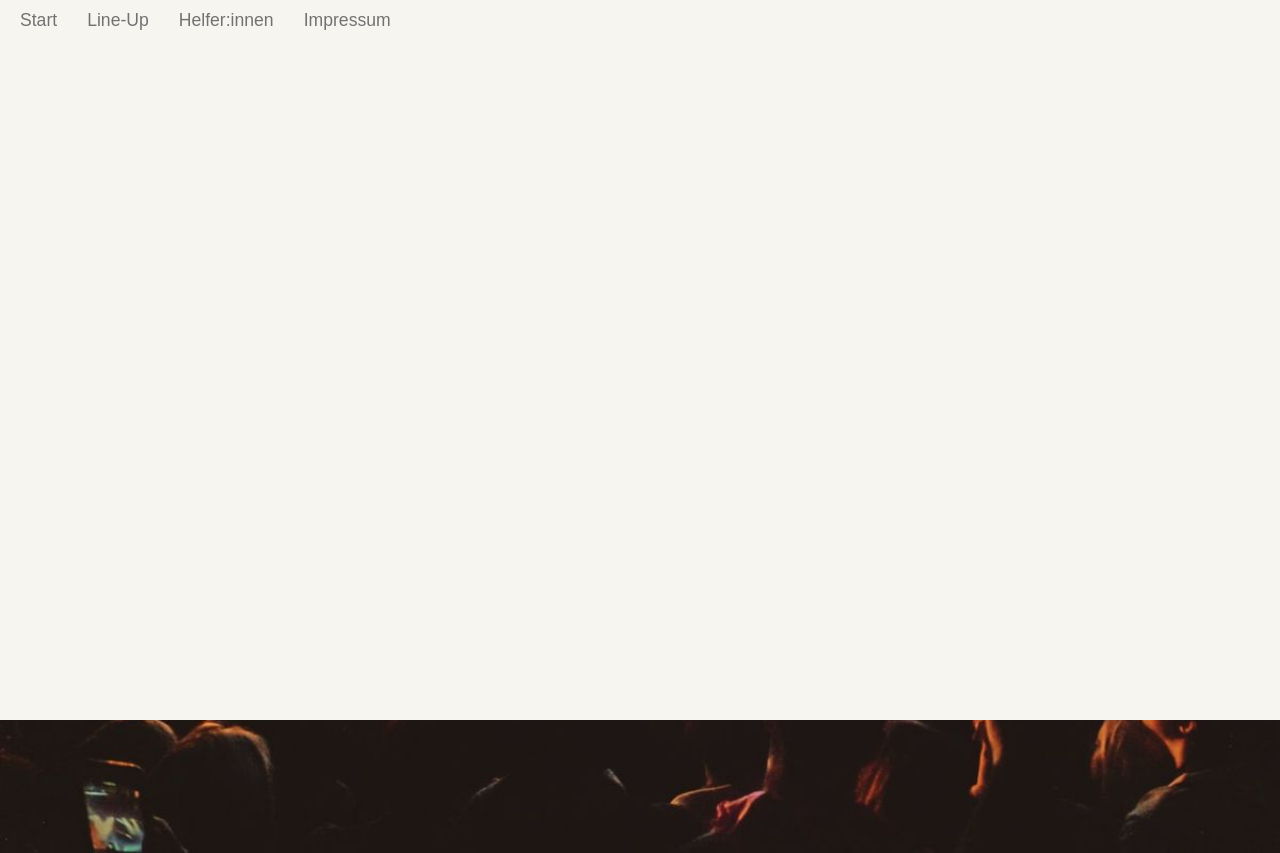
Repository: Hajimohammadi-KI/Web-Technologien
Page: index.html
These files come from the project's save history. The page is drawn as it stood at one moment and after a run of saves; the edit follows.
The browser window is 1280 px wide. The pictures show the whole page.

Above is the page before, as saved 2025-09-30 13:51:00.

### index.html
<!DOCTYPE html>
<html lang="en">
<head>
    <meta charset="UTF-8">
    <meta name="viewport" content="width=device-width, initial-scale=1.0">
    <link rel="stylesheet" href="Style.css">
    <title>Document</title>
</head>
<body>
     <nav>
    <a href="#">Start</a>
    <a href="#">Line-Up</a>
    <a href="#">Helfer:innen</a>
    <a href="#">Impressum</a>
</nav>
    <!-- The alt attribute is used to provide alternative text for the image if it fails to load or if the user visits the page via a screen reader. -->
    <img src="img/spotify-livestreaming-virtual-concerts-feat.jpeg"
        alt="Musicians performing on a brightly lit stage with colorful spotlights
        and smoke effects while a large enthusiastic audience watches and records
        the event with their phones in a dark concert hall filled with energy and
         excitement" class="responsive-img">


</body>
</html>

### Style.css
/*
    Styles for responsive images.
    The .responsive-img class is intended to make images scale appropriately
    to fit their container while maintaining aspect ratio.
    Apply this class to <img> elements to ensure they are responsive
    across different screen sizes and devices.
*/
img.responsive-img {
  width: 100%; /* [translate:عرض تصویر همیشه برابر با عرض عنصر والد خواهد بود] */
  height: auto; /* [translate:نسبت ابعاد تصویر حفظ می‌شود] */
  max-width: 100vw; /* [translate:تصویر هیچ‌گاه از عرض پنجره مرورگر بزرگ‌تر نمی‌شود] */
  display: block; /* [translate:فضای اضافی پایین عکس حذف می‌شود] */
}

@media (max-width: 600px) {
  img.responsive-img {
    max-width: 100%; /* [translate:در صفحات کوچک، حداکثر عرض تصویر برابر با عنصر والد می‌شود] */
  }
}

 body {
  font-family: Arial, sans-serif; /* [translate:تنظیم فونت پیش‌فرض برای کل صفحه] */
  margin: 0; /* [translate:حذف حاشیه پیش‌فرض مرورگر] */
  padding: 0; /* [translate:حذف فاصله داخلی پیش‌فرض مرورگر] */
  box-sizing: border-box; /* [translate:شامل کردن حاشیه و پدینگ در محاسبه عرض و ارتفاع عناصر] */
  background: url("img/spotify-livestreaming-virtual-concerts-feat.jpeg");
  background-position: center; /* [translate:تنظیم موقعیت پس‌زمینه در مرکز] */
  background-repeat: no-repeat; /* [translate:عدم تکرار تصویر پس‌زمینه] */
  background-size: cover; /* [translate:پوشش کامل پس‌زمینه] */
}
  h1, h2, h3 {
    color: #333; /* [translate:تنظیم رنگ تیره برای عناوین] */
    margin-bottom: 10px; /* [translate:افزودن فاصله پایین به عناوین] */
  }

  p {
    color: #555; /* [translate:تنظیم رنگ خاکستری برای پاراگراف‌ها] */
    line-height: 1.6; /* [translate:افزایش ارتفاع خط برای خوانایی بهتر] */
    margin-bottom: 15px; /* [translate:افزودن فاصله پایین به پاراگراف‌ها] */
  }
/*
  Styles for the navigation bar and container.
  The nav styles create a horizontal navigation bar with spacing and hover effects.
  The .container class centers content and limits its maximum width for better readability.
*/
nav {

  position: fixed; /* [de:Fixiert die Navigationsleiste oben][fa:ثابت نگه داشتن نوار ناوبری در بالای صفحه] */
  top: 0;               /*  // Richtet die Leiste am oberen Rand aus.// نوار را به بالای صفحه می‌چسباند. */
   bottom: 0;             /*// (Redundant bei horizontalen Leisten, aber hier enthalten.// (برای نوارهای افقی اضافی است اما اینجا اضافه شده است.) */
    width: 100%;         /* // Die Leiste nimmt die gesamte Breite ein.// نوار ناوبری تمام عرض صفحه را می‌گیرد. */
    z-index: 1000;        /*// Stellt sicher, dass die Leiste über anderen Elementen bleibt.// اطمینان از اینکه نوار ناوبری بالاتر از سایر عناصر قرار می‌گیرد.
  */
  bottom: 0;
  width: 100%;
  top: 0;
  z-index: 1000;
  background: #f6f5f0; /* [translate:رنگ پس‌زمینه روشن برای نوار ناوبری] */
  padding: 10px 20px; /* [translate:افزودن فاصله داخلی به نوار ناوبری] */
  display: flex; /* [translate:نمایش آیتم‌ها به صورت افقی] */
  gap: 30px; /* [translate:افزودن فاصله بین آیتم‌های ناوبری] */
  font-family: sans-serif; /* [translate:استفاده از فونت ساده برای ناوبری] */
  font-size: 1.1em; /* [translate:افزایش اندازه فونت ناوبری] */
}
nav a {
  text-decoration: none; /* [translate:حذف خط زیر لینک‌ها] */
  color: #727272; /* [translate:تنظیم رنگ خاکستری برای لینک‌ها] */
  transition: color 0.2s; /* [translate:افکت تغییر رنگ هنگام هاور] */
}
nav a:hover {
  color: #444; /* [translate:تیره‌تر شدن رنگ لینک هنگام هاور] */
  border-bottom: 1px solid #444; /* [translate:افزودن خط زیر لینک هنگام هاور] */
}
.container {
  max-width: 1200px; /* [translate:محدود کردن عرض حداکثر برای محتوا] */
  margin: 0 auto; /* [translate:مرکزچین کردن محتوا] */
  padding: 20px; /* [translate:افزودن فاصله داخلی به محتوا] */
}

After the next 2 saves:
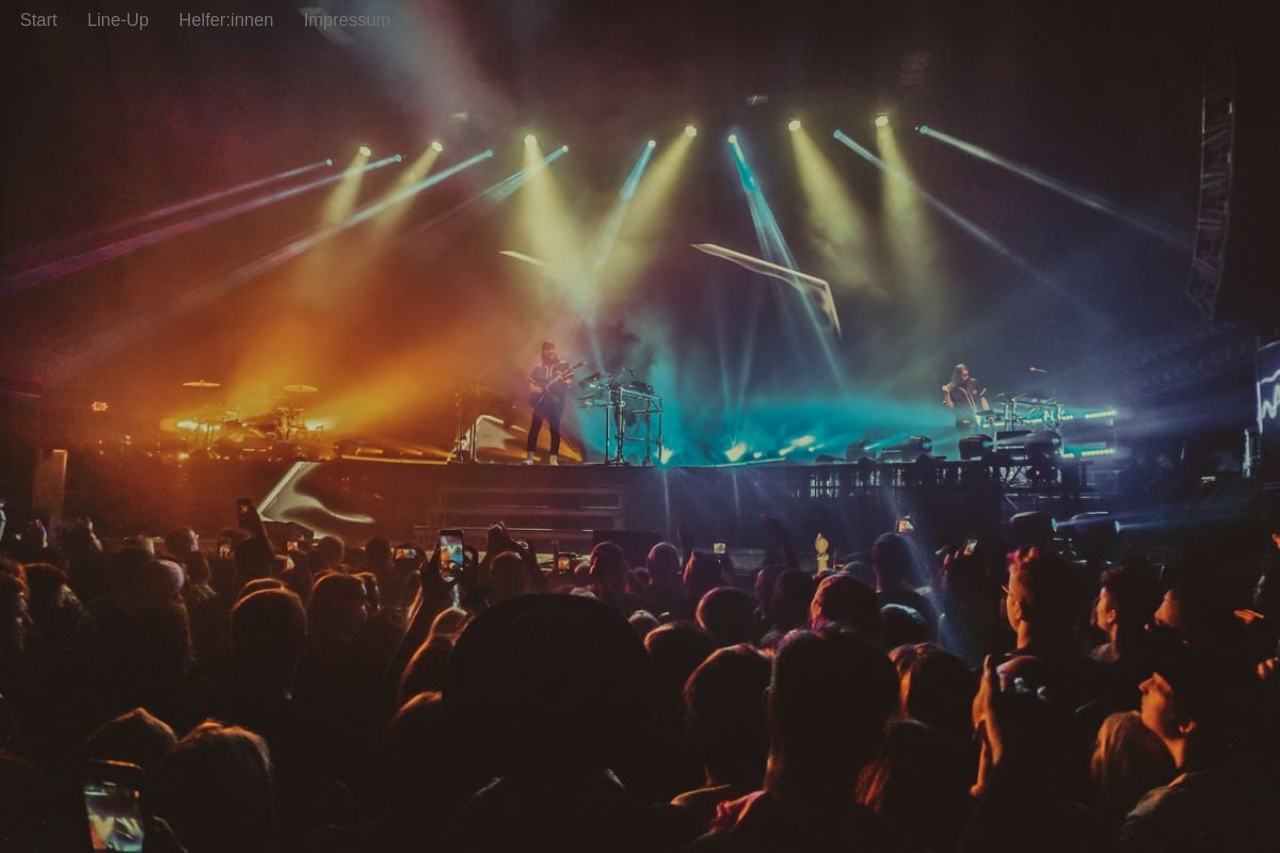
The 2 saves are shown as one change because they came seconds apart.
The last was saved 10 s later.
--- a/Style.css
+++ b/Style.css
@@ -50,12 +50,7 @@
    bottom: 0;             /*// (Redundant bei horizontalen Leisten, aber hier enthalten.// (برای نوارهای افقی اضافی است اما اینجا اضافه شده است.) */
     width: 100%;         /* // Die Leiste nimmt die gesamte Breite ein.// نوار ناوبری تمام عرض صفحه را می‌گیرد. */
     z-index: 1000;        /*// Stellt sicher, dass die Leiste über anderen Elementen bleibt.// اطمینان از اینکه نوار ناوبری بالاتر از سایر عناصر قرار می‌گیرد.
-  */
-  bottom: 0;
-  width: 100%;
-  top: 0;
-  z-index: 1000;
-  background: #f6f5f0; /* [translate:رنگ پس‌زمینه روشن برای نوار ناوبری] */
+    background: #f6f5f0; /* [translate:رنگ پس‌زمینه روشن برای نوار ناوبری] */
   padding: 10px 20px; /* [translate:افزودن فاصله داخلی به نوار ناوبری] */
   display: flex; /* [translate:نمایش آیتم‌ها به صورت افقی] */
   gap: 30px; /* [translate:افزودن فاصله بین آیتم‌های ناوبری] */

After the 2 saves that followed:
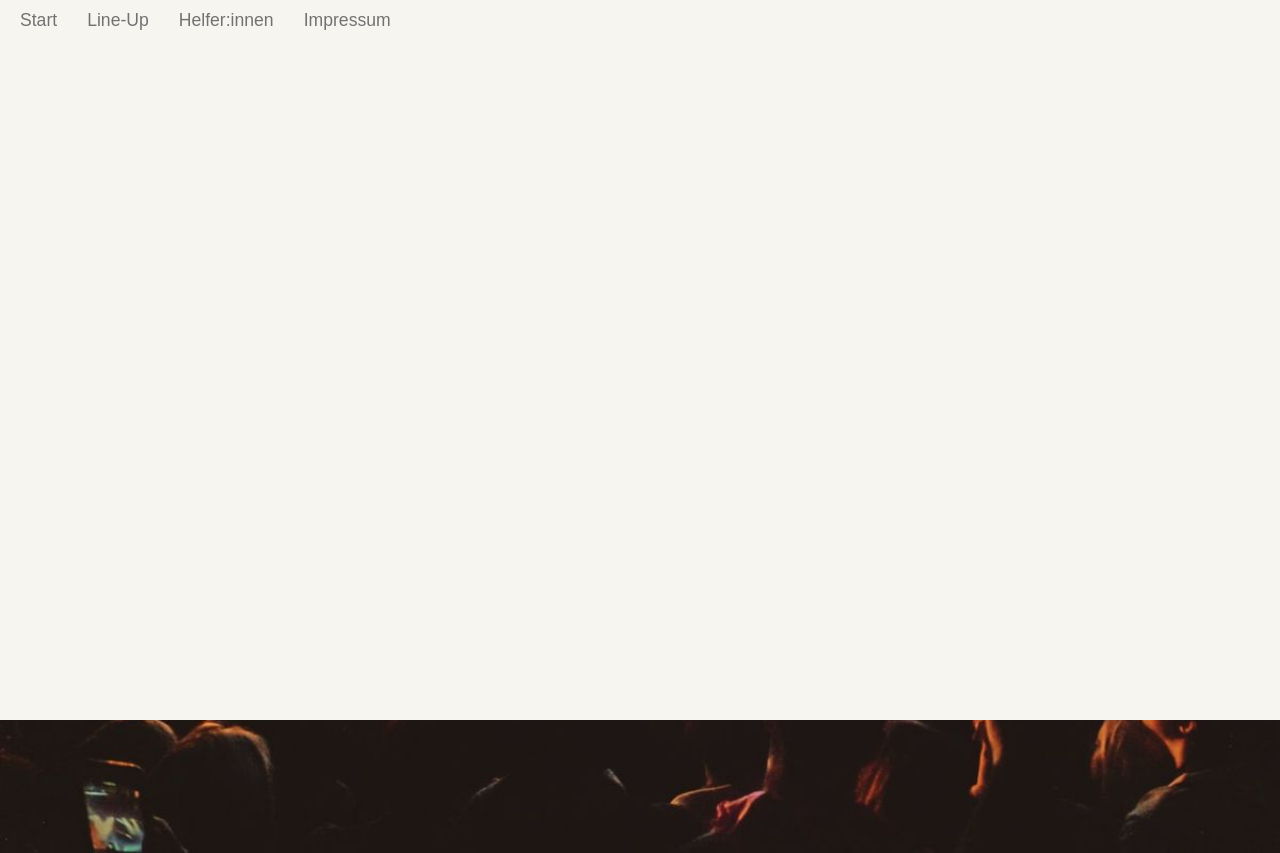
The 2 saves are shown as one change because 1 left the picture as it was.
The last was saved 17 s later.
--- a/Style.css
+++ b/Style.css
@@ -49,8 +49,8 @@
   top: 0;               /*  // Richtet die Leiste am oberen Rand aus.// نوار را به بالای صفحه می‌چسباند. */
    bottom: 0;             /*// (Redundant bei horizontalen Leisten, aber hier enthalten.// (برای نوارهای افقی اضافی است اما اینجا اضافه شده است.) */
     width: 100%;         /* // Die Leiste nimmt die gesamte Breite ein.// نوار ناوبری تمام عرض صفحه را می‌گیرد. */
-    z-index: 1000;        /*// Stellt sicher, dass die Leiste über anderen Elementen bleibt.// اطمینان از اینکه نوار ناوبری بالاتر از سایر عناصر قرار می‌گیرد.
-    background: #f6f5f0; /* [translate:رنگ پس‌زمینه روشن برای نوار ناوبری] */
+    z-index: 1000;        /*// Stellt sicher, dass die Leiste über anderen Elementen bleibt.// اطمینان از اینکه نوار ناوبری بالاتر از سایر عناصر قرار می‌گیرد.*/
+  background: #f6f5f0; /* [translate:رنگ پس‌زمینه روشن برای نوار ناوبری] */
   padding: 10px 20px; /* [translate:افزودن فاصله داخلی به نوار ناوبری] */
   display: flex; /* [translate:نمایش آیتم‌ها به صورت افقی] */
   gap: 30px; /* [translate:افزودن فاصله بین آیتم‌های ناوبری] */
